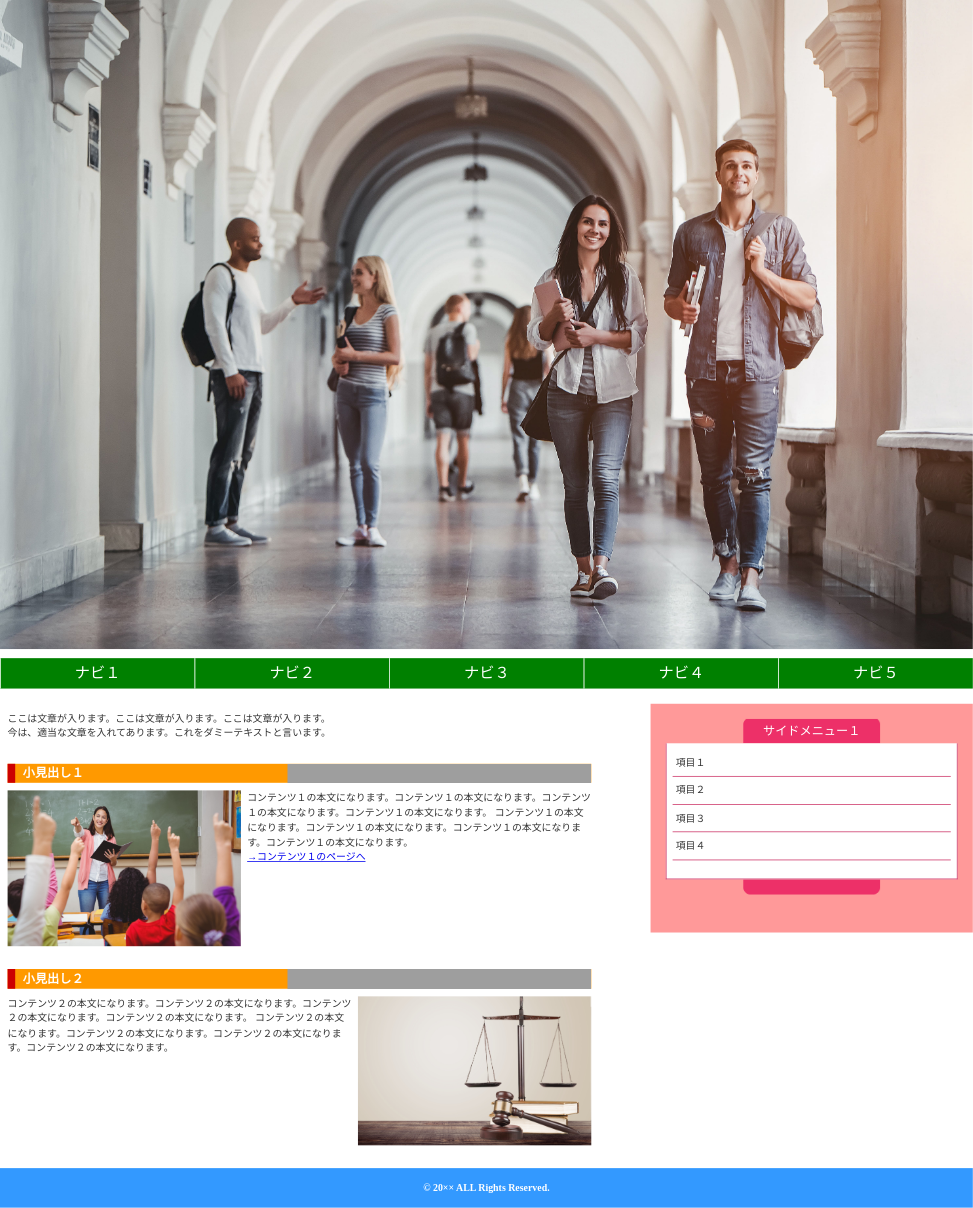
Repository: zuru-2005/samurai_HTML-CSS
Page: home.html
The author's editor kept a record of every edit. The page is drawn from the files as they stood at one moment, then again after the next edit.
The browser window is 1280 px wide. The pictures show the whole page, at 76% of full size.
Pictures or frames that could not be fetched are drawn as grey boxes.

Above is the page before.

After the next edit:
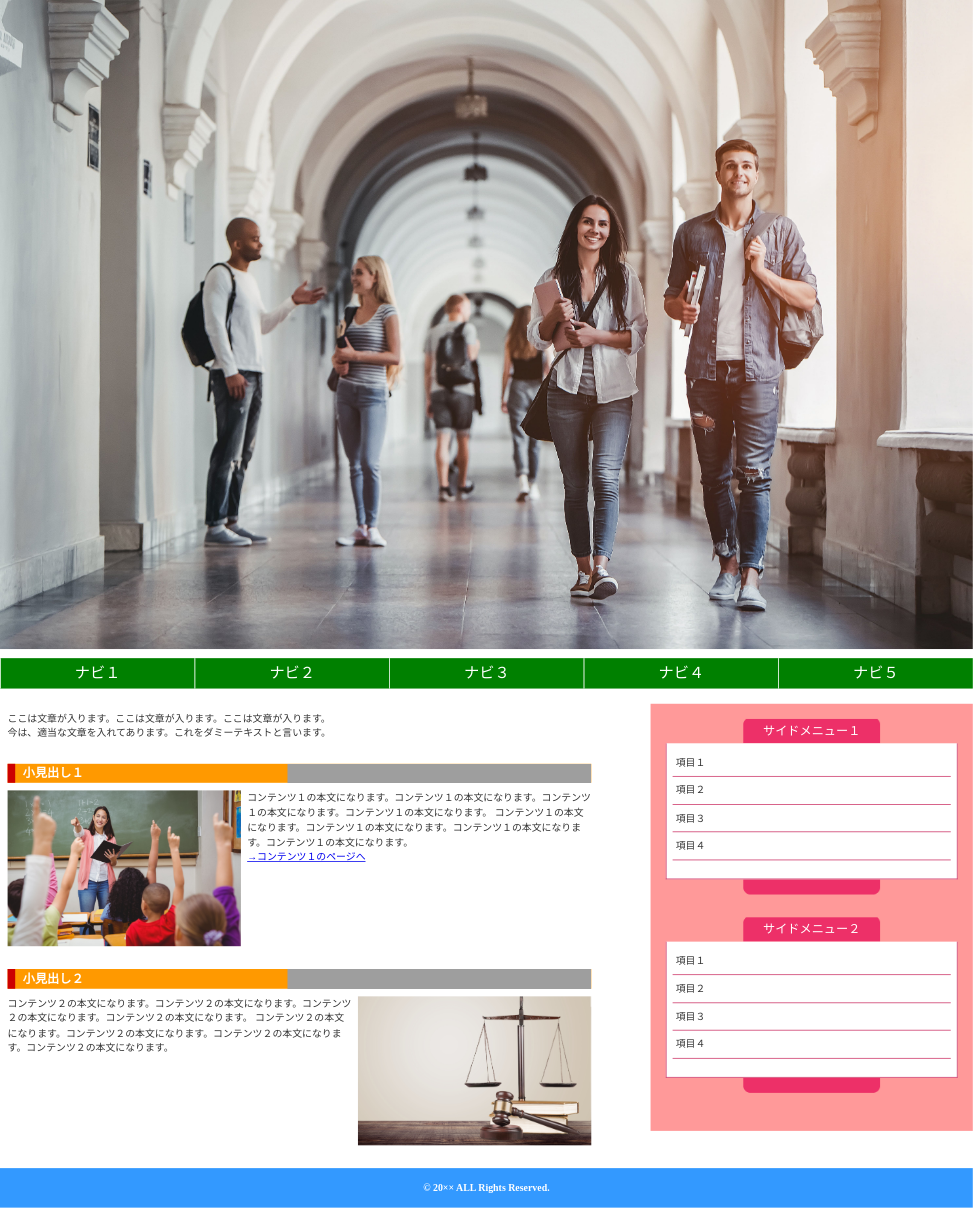
The edit:
--- a/home.html
+++ b/home.html
@@ -54,6 +54,17 @@
                             </ul>
                         </div>
                     </div>
+                    <div class="box">
+                        <h2>サイドメニュー２</h2>
+                        <div class="boxBody">
+                            <ul>
+                                <li>項目１</li>
+                                <li>項目２</li>
+                                <li>項目３</li>
+                                <li>項目４</li>
+                            </ul>
+                        </div>
+                    </div>
                 </div>
             </div>
         </div>
